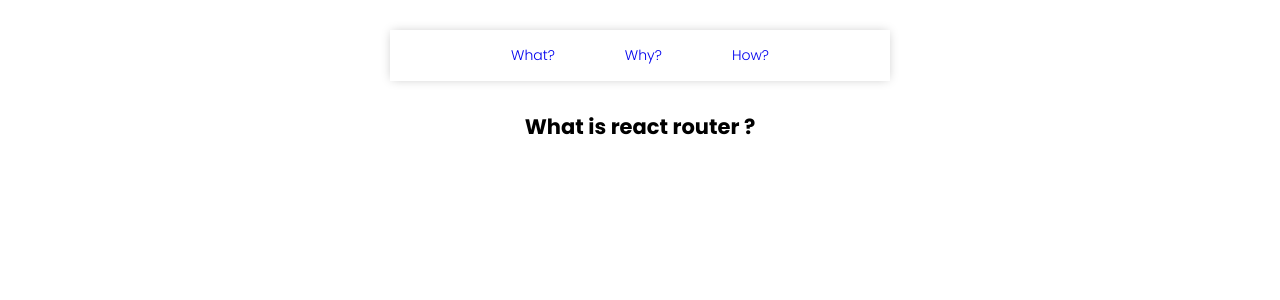
Repository: nguy3nds/2021-18-9-react
Page: /
An editor plug-in stored every save of this project. The page is shown before and after the next save, followed by the edit.
The browser window is 1280 px wide. The pictures show the whole page.
The project was rebuilt for these pictures with package versions that can differ from the ones it lists, and the page was loaded fresh each time. Also part of the build but not shown: src/components/How.js, src/components/Why.js.

Above is the page before, as saved 2021-09-18 23:34:31.

### src/App.js
import React from "react";
import { BrowserRouter as Router, Switch, Route, Link } from "react-router-dom";
import "./App.css";
import What from "./components/What.js";
import How from "./components/How";
import Why from "./components/Why";

export default function App() {
  return (
    <Router>
      <div>
        <nav>
          <ul className="menu">
            <li class="menu-item has-child">
              <Link to="/">What?</Link>
            </li>
            <li className="menu-item has-child">
              <Link to="/about">Why?</Link>
            </li>
            <li className="menu-item has-child">
              <Link to="/users">How?</Link>
            </li>
          </ul>
        </nav>

        {/* A <Switch> looks through its children <Route>s and
            renders the first one that matches the current URL. */}
        <Switch>
          <Route path="/about">
            <How />
          </Route>
          <Route path="/users">
            <Why />
          </Route>
          <Route path="/">
            <What />
          </Route>
        </Switch>
      </div>
    </Router>
  );
}

### src/App.css
@import url("https://fonts.googleapis.com/css2?family=Poppins:wght@300;400;600;700&display=swap");
:root {
  --primary: #08aeea;
  --secondary: #13d2b8;
  --purple: #bd93f9;
  --pink: #ff6bcb;
  --blue: #8be9fd;
  --gray: #333;
  --font: "Poppins", sans-serif;
  --gradient: linear-gradient(40deg, #ff6ec4, #7873f5);
  --shadow: 0 0 15px 0 rgba(0, 0, 0, 0.05);
}
*,
*:before,
*:after {
  box-sizing: border-box;
}
html {
  font-size: 62.5%;
  text-align: center;
}

body {
  font-family: var(--font);
  font-size: 1.4rem;
  overflow-x: hidden;
  font-weight: 300;
}

img {
  display: block;
  max-width: 100%;
}

a {
  text-decoration: none;
}

input,
button,
textarea,
select {
  font-family: var(--font);
  font-size: 1.4rem;
  font-weight: 300;
  outline: none;
  border: 0;
  margin: 0;
  padding: 0;
  border-radius: 0;
  -webkit-appearance: none;
}

button {
  cursor: pointer;
}

.menu {
  max-width: 500px;
  margin: 30px auto;
  display: flex;
  justify-content: center;
  background-color: white;
  padding: 1.5rem;
  box-shadow: 0 0 10px -2px rgba(0, 0, 0, 0.25);
}
.menu-link {
  font-size: 1.4rem;
  color: #918eae;
  display: block;
}
.menu-link:hover {
  color: #202842;
}
.menu-item {
  position: relative;
  margin: 0 5rem;
}

.menu-item::after {
  background-color: #333;
  height: 45px;
  width: 2px;
}

.menu-child-link {
  display: flex;
  align-items: center;
  justify-content: space-between;
  padding: 1.5rem;
  color: #918eae;
}
.menu-child-item {
  position: relative;
}
.menu-child-link:hover {
  color: #202842;
}

.menu-toggle {
  display: none;
}
.nav {
  position: relative;
}
.arrow-right {
  display: none;
}
@media screen and (min-width: 1024px) {
  .arrow-down {
    display: none;
  }
  .arrow-right {
    display: block;
  }
  .menu-item:not(:first-child) {
    margin-left: 2rem;
  }
  .menu-child {
    position: absolute;
    top: 100%;
    left: 0;
    margin-top: 1rem;
    min-width: 20rem;
    background-color: white;
    box-shadow: var(--shadow);
    display: none;
  }
  .menu-child:before {
    content: "";
    position: absolute;
    top: 0;
    left: 0;
    width: 100%;
    height: 1rem;
    background-color: transparent;
    transform: translateY(-100%);
  }
  .menu-child1 {
    top: 0;
    left: 100%;
    margin-top: 0;
  }
  .menu-item.has-child:hover > .menu-child {
    display: block;
  }
  .menu-child-item.has-child:hover > .menu-child {
    display: block;
  }
}

ul li {
  list-style: none;
}
@media screen and (max-width: 1023px) {
  .menu {
    position: absolute;
    right: 0;
    top: 100%;
    min-width: 20rem;
    background-color: white;
    box-shadow: var(--shadow);
    flex-direction: column;
    display: none;
    z-index: 100;
  }
  .menu.show,
  .menu-child.show {
    display: block;
  }
  .menu-item:not(:last-child) {
    border-bottom: 1px solid #eee;
  }
  .menu-link {
    padding: 1.5rem;
    display: flex;
    justify-content: space-between;
    align-items: center;
  }
  .menu-child {
    display: none;
    background-color: #f6f6f6;
  }
  .menu-child1 {
    background-color: #eee;
  }
  .menu-toggle {
    width: max-content;
    font-size: 2rem;
    display: block;
    margin-left: auto;
    cursor: pointer;
  }
}

### src/components/What.js
import React from "react";

export default function What() {
  return <h2>What is react router ?</h2>;
}

Loaded but not shown: public/index.html (common file); src/index.js (common file); src/index.css (common file); src/reportWebVitals.js (common file)

After the next save:
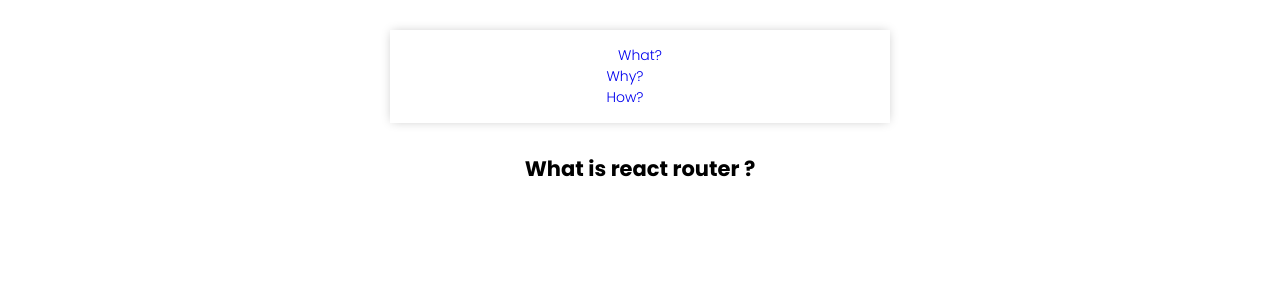
Saved 3 min 33 s later.
--- a/src/App.css
+++ b/src/App.css
@@ -58,7 +58,8 @@ button {
 .menu {
   max-width: 500px;
   margin: 30px auto;
-  display: flex;
+  display: grid;
+  grid-template: 1 1 1;
   justify-content: center;
   background-color: white;
   padding: 1.5rem;
